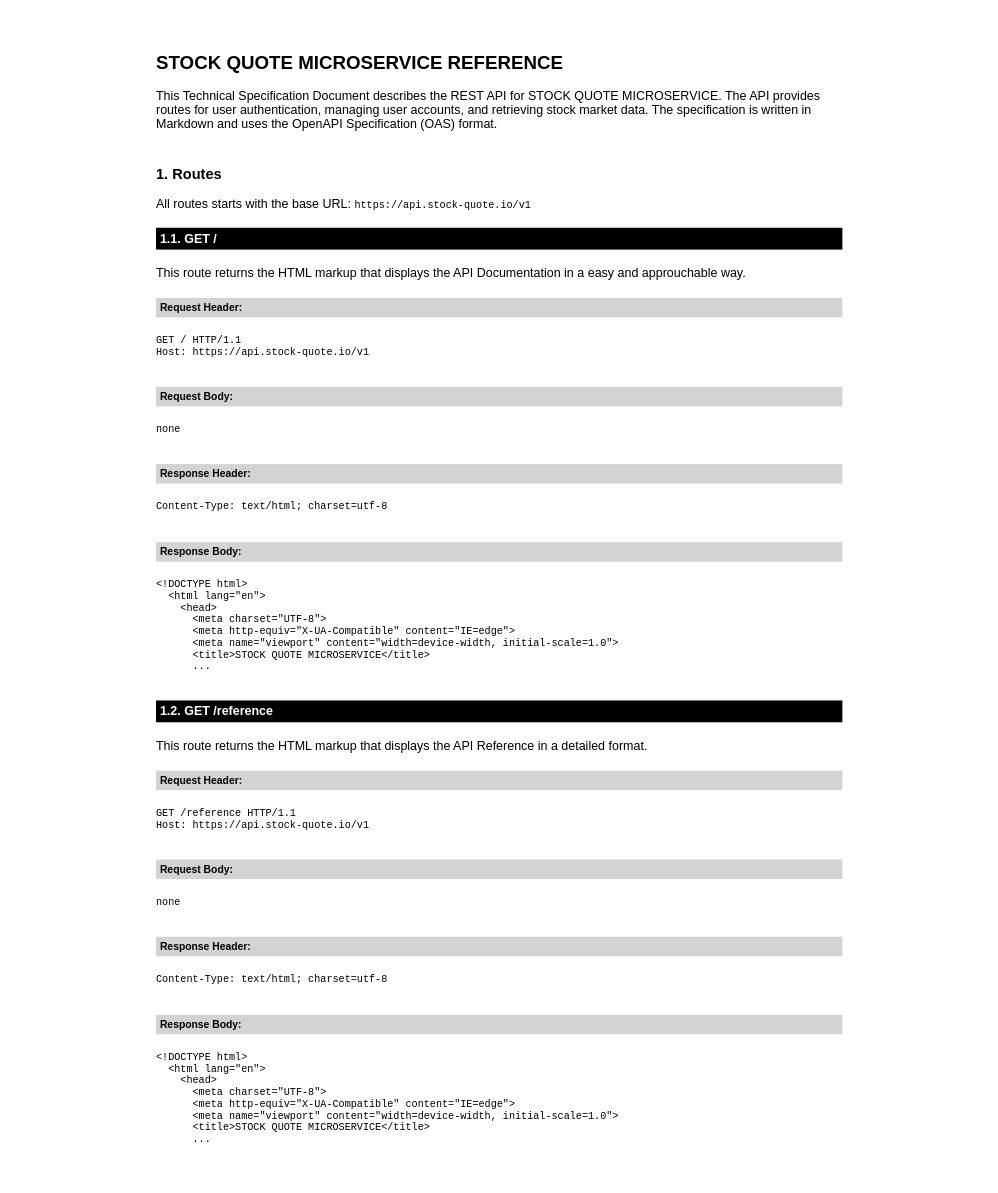
Repository: miguelamello/nest-js
Page: stock-service/reference.html
An editor plug-in stored every save of this project. The page is shown before and after the next save, followed by the edit.
The browser window is 1280 px wide. The pictures show the whole page, at 78% of full size.

Above is the page before, as saved 2023-04-03 13:55:12.

### stock-service/reference.html
<!DOCTYPE html>
<html lang="en">
<head>
  <meta charset="UTF-8">
  <meta http-equiv="X-UA-Compatible" content="IE=edge">
  <meta name="viewport" content="width=device-width, initial-scale=1.0">
  <title>STOCK QUOTE MICROSERVICE REFERENCE</title>
  <style>
    body {
      font-family: Arial, Helvetica, sans-serif;
      padding: 3% 15%;
    }
    h3 {
      margin-top: 5%;
    }
    H4 {
      padding: 5px;
      background-color: black;
      color: white;
    }
    H5 {
      padding: 5px;
      background-color: lightgrey;
    }
    pre {
      margin: 0;
      overflow: auto;
    }
  </style>
</head>
<body>
  <h2>STOCK QUOTE MICROSERVICE REFERENCE</h2>
  <p>
    This Technical Specification Document describes the REST API for STOCK QUOTE MICROSERVICE.
    The API provides routes for user authentication, managing user accounts, and retrieving stock market data.
    The specification is written in Markdown and uses the OpenAPI Specification (OAS) format.
  </p>

  <p>
    <h3>1. Routes</h3>
    <p>
      All routes starts with the base URL: <code>https://api.stock-quote.io/v1</code>
    </p>
  </p>

  <!-- 1.1. GET /  -->
  <p>
    <h4>1.1. GET /</h4>
    This route returns the HTML markup that displays the API
    Documentation in a easy and approuchable way.
  </p>
  <h5>Request Header:</h5>
  <pre>
GET / HTTP/1.1
Host: https://api.stock-quote.io/v1
  </pre>

  <h5>Request Body:</h5>
  <pre>
none
  </pre>

  <h5>Response Header:</h5>
  <pre>
Content-Type: text/html; charset=utf-8
  </pre>

  <h5>Response Body: </h5>

  <pre>
&lt;!DOCTYPE html&gt;
  &lt;html lang="en"&gt;
    &lt;head&gt;
      &lt;meta charset="UTF-8"&gt;
      &lt;meta http-equiv="X-UA-Compatible" content="IE=edge"&gt;
      &lt;meta name="viewport" content="width=device-width, initial-scale=1.0"&gt;
      &lt;title&gt;STOCK QUOTE MICROSERVICE&lt;/title&gt;
      ...
  </pre>

  <!-- 1.2. GET /reference  -->
  <p>
    <h4>1.2. GET /reference</h4>
    This route returns the HTML markup that displays the API
    Reference in a detailed format.
  </p>
  <h5>Request Header:</h5>
  <pre>
GET /reference HTTP/1.1
Host: https://api.stock-quote.io/v1
  </pre>

  <h5>Request Body:</h5>
  <pre>
none
  </pre>

  <h5>Response Header:</h5>
  <pre>
Content-Type: text/html; charset=utf-8
  </pre>

  <h5>Response Body: </h5>

  <pre>
&lt;!DOCTYPE html&gt;
  &lt;html lang="en"&gt;
    &lt;head&gt;
      &lt;meta charset="UTF-8"&gt;
      &lt;meta http-equiv="X-UA-Compatible" content="IE=edge"&gt;
      &lt;meta name="viewport" content="width=device-width, initial-scale=1.0"&gt;
      &lt;title&gt;STOCK QUOTE MICROSERVICE&lt;/title&gt;
      ...
  </pre>

</body>
</html>

After the next save:
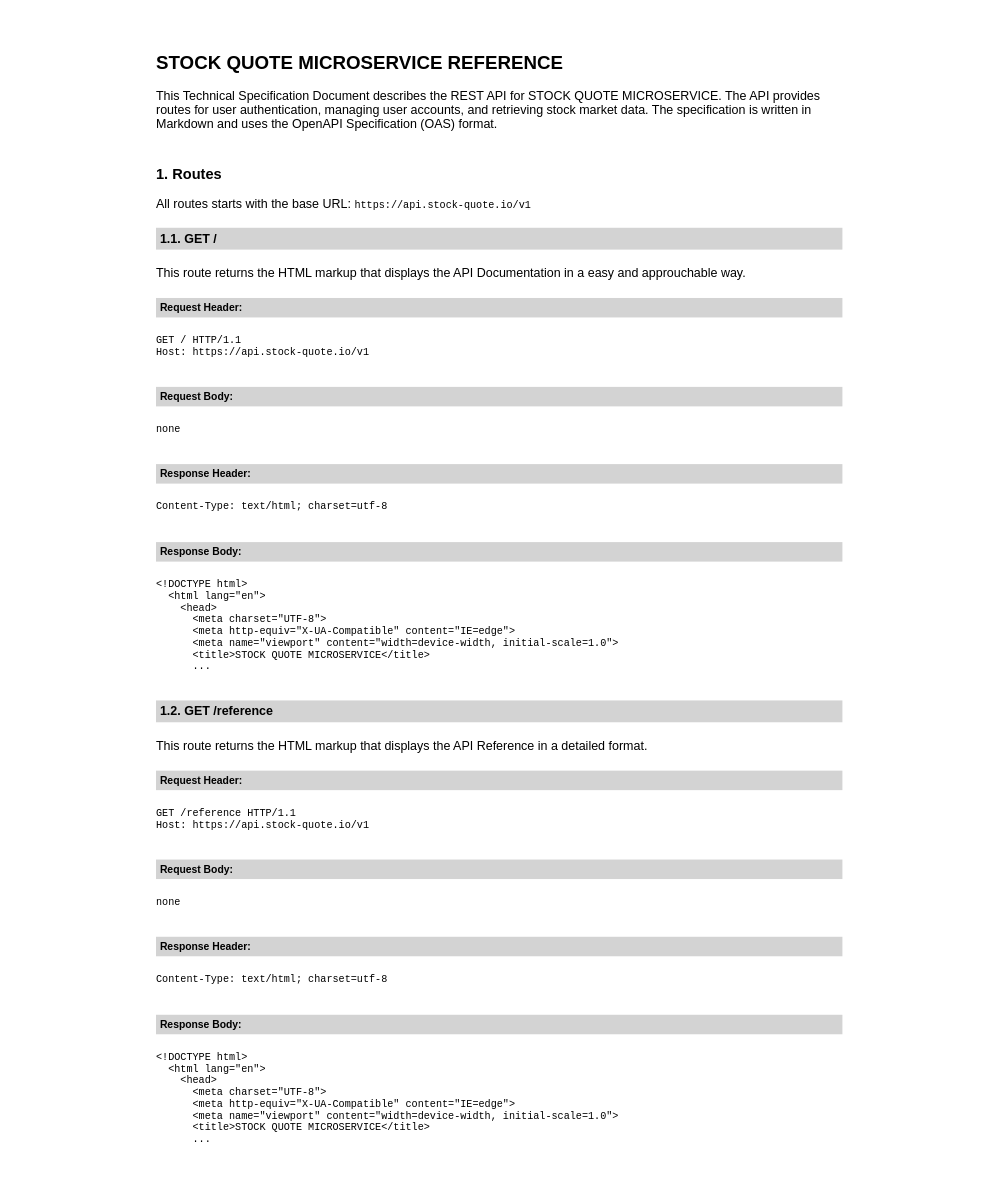
Saved 29 s later.
--- a/stock-service/reference.html
+++ b/stock-service/reference.html
@@ -15,8 +15,7 @@
     }
     H4 {
       padding: 5px;
-      background-color: black;
-      color: white;
+      background-color: lightgrey;
     }
     H5 {
       padding: 5px;
